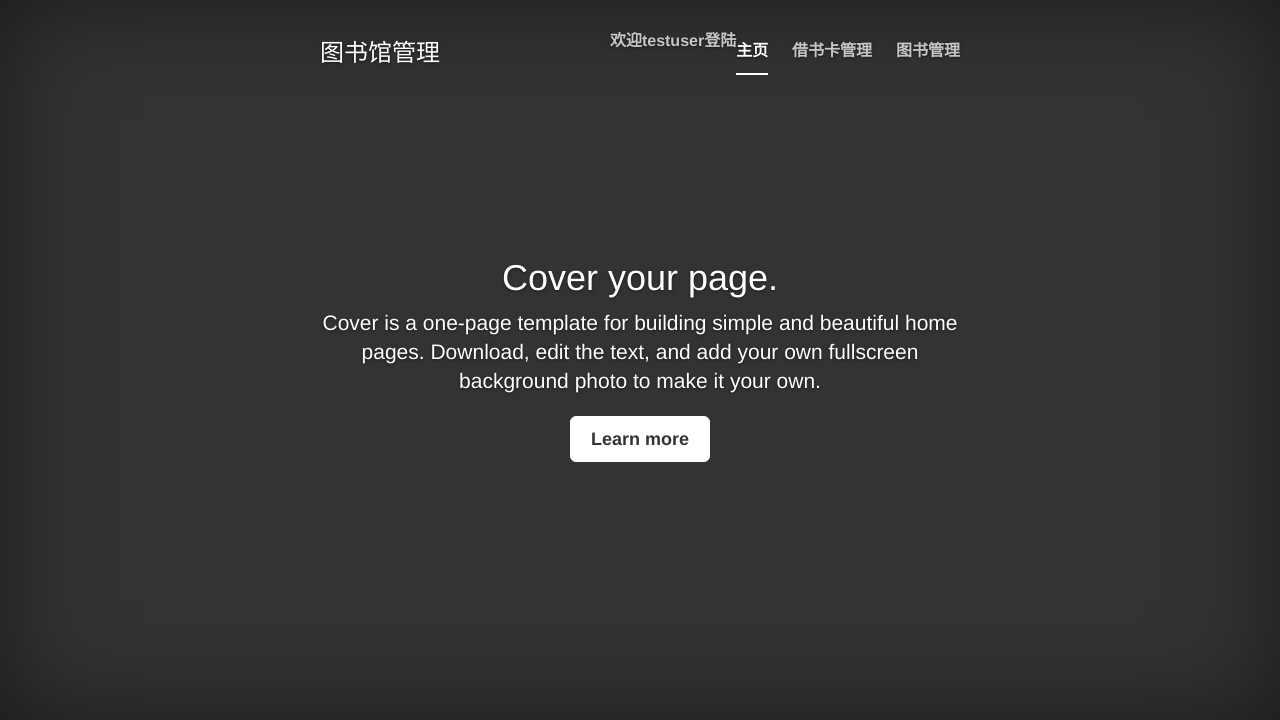
Repository: chaice/code
Page: http://localhost/web6/home
These files come from the project's save history. The page is drawn as it stood at one moment and after the next save; the edit follows.
The browser window is 1280 px wide. The pictures show the whole page.
Some web libraries are served in a nearby version. The page is served by Tomcat 9. The session is filled in as if someone had signed in: {"username": "testuser"}. Other server files are loaded and not shown.

Above is the page before, as saved 2016-06-01 09:40:36.

### web6/WebContent/WEB-INF/views/home.jsp
<%@ page language="java" contentType="text/html; charset=UTF-8"
    pageEncoding="UTF-8"%>
<!DOCTYPE html>
<html>
<head>
<meta charset="UTF-8">
<title>主页</title>
   <%@include file="head.jsp"%>
          <div class="inner cover">
            <h1 class="cover-heading">Cover your page.</h1>
            <p class="lead">Cover is a one-page template for building simple and beautiful home pages. Download, edit the text, and add your own fullscreen background photo to make it your own.</p>
            <p class="lead">
              <a href="#" class="btn btn-lg btn-default">Learn more</a>
            </p>
          </div>
        </div>
      </div>
    </div>
    <script src="//cdn.bootcss.com/jquery/1.11.3/jquery.min.js"></script>
    <script src="//cdn.bootcss.com/bootstrap/3.3.5/js/bootstrap.min.js"></script>

</body>
</html>

### web6/WebContent/WEB-INF/views/head.jsp
<%@ page language="java" contentType="text/html; charset=UTF-8"
	pageEncoding="UTF-8"%>
<link href="//cdn.bootcss.com/bootstrap/3.3.5/css/bootstrap.min.css"
	rel="stylesheet">
<style>
a,a:focus,a:hover {
	color: #fff;
}

.btn-default,.btn-default:hover,.btn-default:focus {
	color: #333;
	text-shadow: none;
	background-color: #fff;
	border: 1px solid #fff;
}

html,body {
	height: 100%;
	background-color: #333;
}

body {
	color: #fff;
	text-align: center;
	text-shadow: 0 1px 3px rgba(0, 0, 0, .5);
}

.site-wrapper {
	display: table;
	width: 100%;
	height: 100%;
	min-height: 100%;
	-webkit-box-shadow: inset 0 0 100px rgba(0, 0, 0, .5);
	box-shadow: inset 0 0 100px rgba(0, 0, 0, .5);
}

.site-wrapper-inner {
	display: table-cell;
	vertical-align: top;
}

.cover-container {
	margin-right: auto;
	margin-left: auto;
}

.inner {
	padding: 30px;
}

.masthead-brand {
	margin-top: 10px;
	margin-bottom: 10px;
}

.masthead-nav>li {
	display: inline-block;
}

.masthead-nav>li+li {
	margin-left: 20px;
}

.masthead-nav>li>a {
	padding-right: 0;
	padding-left: 0;
	font-size: 16px;
	font-weight: bold;
	color: #fff; /* IE8 proofing */
	color: rgba(255, 255, 255, .75);
	border-bottom: 2px solid transparent;
}

.masthead-nav>li>a:hover,.masthead-nav>li>a:focus {
	background-color: transparent;
	border-bottom-color: #a9a9a9;
	border-bottom-color: rgba(255, 255, 255, .25);
}

.masthead-nav>.active>a,.masthead-nav>.active>a:hover,.masthead-nav>.active>a:focus
	{
	color: #fff;
	border-bottom-color: #fff;
}

@media ( min-width : 768px) {
	.masthead-brand {
		float: left;
	}
	.masthead-nav {
		float: right;
	}
}

.cover {
	padding: 0 20px;
}

.cover .btn-lg {
	padding: 10px 20px;
	font-weight: bold;
}

.mastfoot {
	color: #999; /* IE8 proofing */
	color: rgba(255, 255, 255, .5);
}

@media ( min-width : 768px) {
	.masthead {
		position: fixed;
		top: 0;
	}
	.mastfoot {
		position: fixed;
		bottom: 0;
	}
	.site-wrapper-inner {
		vertical-align: middle;
	}
	.masthead,.mastfoot,.cover-container {
		width: 100%;
	}
}

@media ( min-width : 992px) {
	.masthead,.mastfoot,.cover-container {
		width: 700px;
	}
}
</style>
</head>
<body>
	<%
		String name = (String) session.getAttribute("username");
		if (name == null) {
			response.sendRedirect("/login");
		}
	%>
	<div class="site-wrapper">
		<div class="site-wrapper-inner">
			<div class="cover-container">
				<div class="masthead clearfix">
					<div class="inner">
						<h3 class="masthead-brand">图书馆管理</h3>
						<nav>
							<ul class="nav masthead-nav">
								<li class="active"><a href="/home">主页</a></li>
								<li><a href="#">借书卡管理</a></li>
								<li><a href="#">图书管理</a></li>
							</ul>
						</nav>
						<ol class=" masthead-nav" style="float:right">
								<li ><a>欢迎<%=name%>登陆
								</a></li>
							</ol>
					</div>
				</div>

### web6/src/com/ccit/mservlet/Home.java
package com.ccit.mservlet;

import java.io.IOException;
import javax.servlet.ServletException;
import javax.servlet.http.HttpServlet;
import javax.servlet.http.HttpServletRequest;
import javax.servlet.http.HttpServletResponse;

public class Home extends HttpServlet {
	private static final long serialVersionUID = 1L;
    public Home() {
        super();
    }
	protected void doGet(HttpServletRequest request, HttpServletResponse response) throws ServletException, IOException {
		request.getRequestDispatcher("/WEB-INF/views/home.jsp").forward(request, response);
	}
}

After the next save:
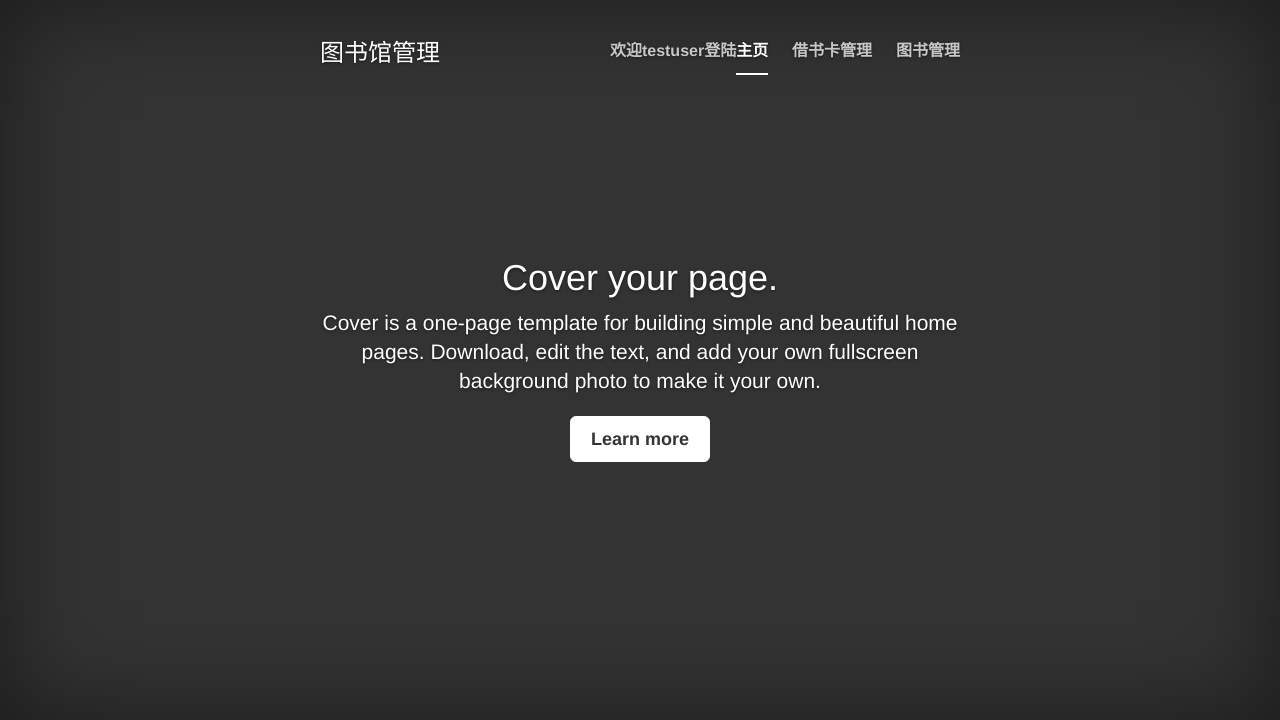
Saved 7 s later.
--- a/web6/WebContent/WEB-INF/views/head.jsp
+++ b/web6/WebContent/WEB-INF/views/head.jsp
@@ -150,7 +150,7 @@ body {
 								<li><a href="#">图书管理</a></li>
 							</ul>
 						</nav>
-						<ol class=" masthead-nav" style="float:right">
+						<ol class="nav masthead-nav" style="float:right">
 								<li ><a>欢迎<%=name%>登陆
 								</a></li>
 							</ol>
